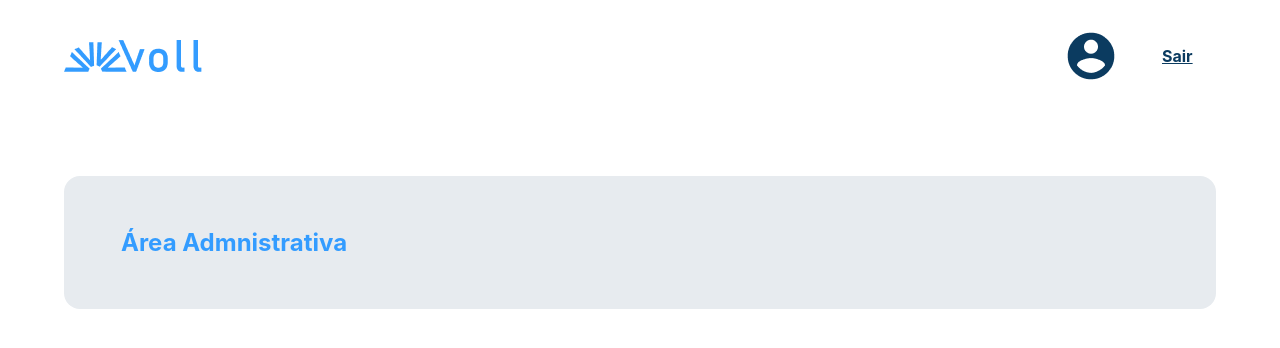
Repository: andrevff/voll-main
Page: /
The author's editor kept a copy of each file at every save. The page is drawn from the files as they stood at one save, then again after a run of saves.
The browser window is 1280 px wide. The pictures show the whole page.
The project was rebuilt for these pictures with package versions that can differ from the ones it lists, and the page was loaded fresh each time. Also part of the build but not shown: src/App.css.

Above is the page before, as saved 2023-07-26 23:04:42.

### src/App.tsx
import './App.css';
import Cabecalho from './components/cabecalho';
import Container from './components/container';
import Titulo from './components/titulo';

function App() {
  return (
    <>
      <Cabecalho />
      <Container>
        <Titulo>Área Admnistrativa</Titulo>
      </Container>
    </>
  );
}

export default App;

### src/components/cabecalho/index.tsx
/* eslint-disable jsx-a11y/anchor-is-valid */
import styled from 'styled-components'
import logo from './assets/logo.png'
import perfil from './assets/perfil.png'

const CabecalhoEstilizado = styled.header`
    display: flex;
    align-items: center;
    justify-content: space-between;
    padding: 2em 4em;
`

const Container = styled.div`
    display: flex;
    align-items: center;
    justify-content: space-around;
    flex-grow: .1;
`

const LinkEstilizado = styled.a`
    color: var(--azul-escuro);
    font-weight: 700;
`

export default function Cabecalho(){
    return(
        <CabecalhoEstilizado>
            <img src={logo} alt="Logo da empresa Voll" />
            <Container>
                <img src={perfil} alt="Imagem de perfil do usuário" />
                <LinkEstilizado href="#">Sair</LinkEstilizado>
            </Container>
        </CabecalhoEstilizado>
    )

}

### src/components/container/index.tsx
import styled from "styled-components";

const Container = styled.section`
    background-color: var(--cinza-claro);
    margin: 4em;
    border-radius: 16px;
    padding: 2em;
    height: 100%;
`

export default Container

### src/components/titulo/index.tsx
/* eslint-disable jsx-a11y/heading-has-content */
import avaliacao from './assets/avaliacao.png'
import grafico from './assets/grafico.png'
import consulta from './assets/consulta.png'
import React from 'react'
import styled from 'styled-components'

interface Props{
    imagem?: string,
    children?: React.ReactNode
}

interface IImagens{
    avaliacao: string,
    grafico: string,
    consulta: string
}

const SpanEstilizado = styled.span<Props>`
    background: no-repeat;
    background-position: center;
    background-size: cover;
    width: 25px;
    height: 25px;
    background-image: ${props => props.imagem ? `url(${props.imagem})` : 'none'};
`

const TituloEstilizado = styled.h2`
    color: var(--azul-claro);
`

const ContainerEstilizado = styled.div`
    display: flex;
    align-items: center;
`

export default function Titulo({ imagem, children }: Props){

    const listaDeImagens: IImagens = {
        avaliacao: avaliacao,
        grafico: grafico,
        consulta: consulta
    }

    return(
        <ContainerEstilizado>
            {<SpanEstilizado imagem={listaDeImagens[imagem as keyof IImagens]} />}
            <TituloEstilizado>{children}</TituloEstilizado>
        </ContainerEstilizado>
    )
}

Loaded but not shown: public/index.html (common file); src/index.tsx (common file); src/index.css (common file)

After the next 3 saves:
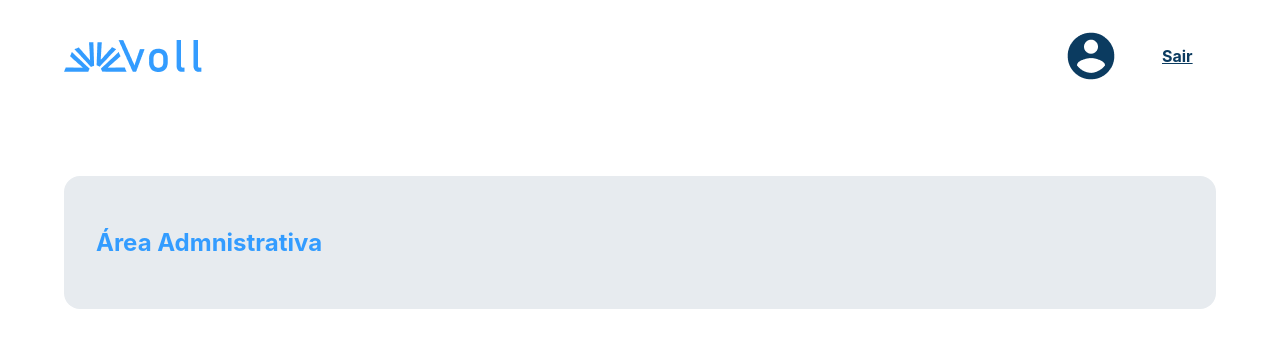
The 3 saves are shown as one change because they came seconds apart.
The last was saved 8 s later.
--- a/src/components/titulo/index.tsx
+++ b/src/components/titulo/index.tsx
@@ -44,7 +44,7 @@
 
     return(
         <ContainerEstilizado>
-            {<SpanEstilizado imagem={listaDeImagens[imagem as keyof IImagens]} />}
+            {imagem && <SpanEstilizado imagem={listaDeImagens[imagem as keyof IImagens]} />}
             <TituloEstilizado>{children}</TituloEstilizado>
         </ContainerEstilizado>
     )
